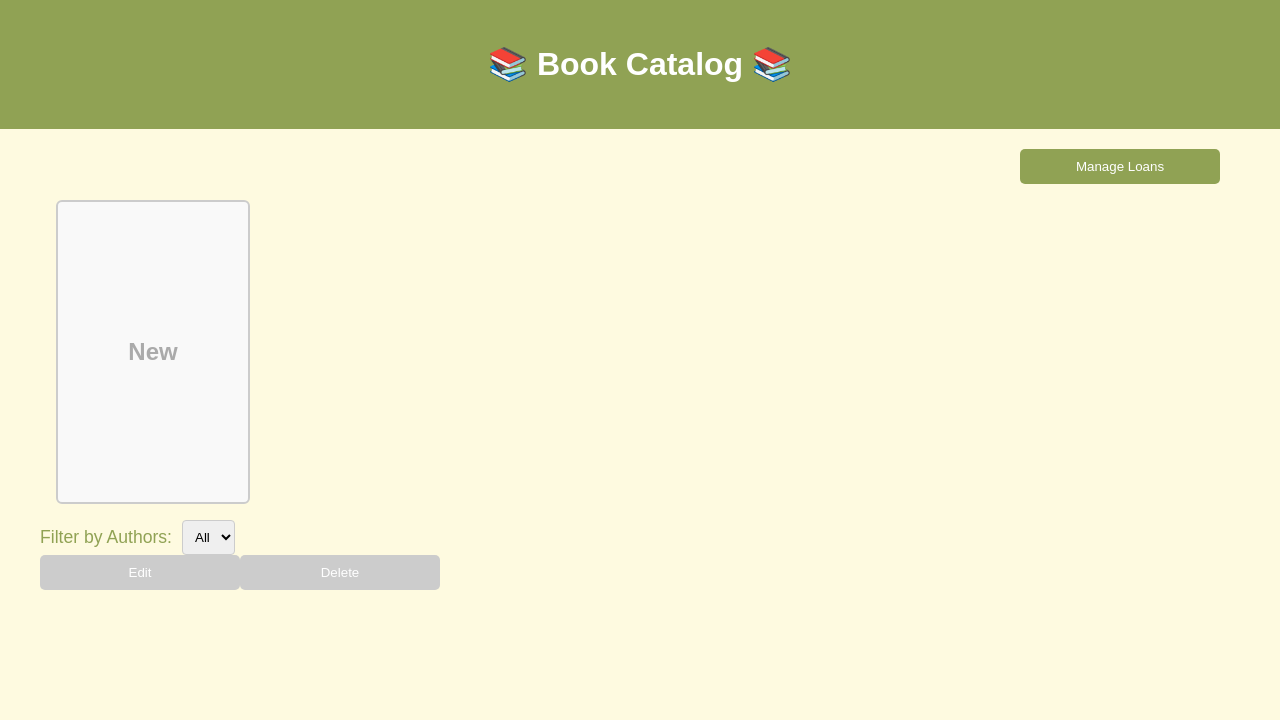
Repository: kaitlynlew/Data-Fetching
Page: /
An editor plug-in stored every save of this project. The page is shown before and after the next save, followed by the edit.
The browser window is 1280 px wide. The pictures show the whole page.
The project was rebuilt for these pictures with package versions that can differ from the ones it lists, and the page was loaded fresh each time. Also part of the build but not shown: vite.config.js, src/components/BookCard.jsx, src/components/BookForm.jsx, src/components/BookDetails.jsx, src/components/LoanManager.jsx.

Above is the page before, as saved 2025-11-09 22:00:53.

### index.html
<!doctype html>
<html lang="en">

<head>
  <meta charset="UTF-8" />
  <meta name="viewport" content="width=device-width, initial-scale=1.0" />
  <title>📚 Book Catalog</title>
</head>

<body>
  <div id="root"></div>
  <script type="module" src="/src/main.jsx"></script>
</body>

</html>

### src/App.jsx
import React, { useState, useEffect } from "react";
import Header from "./components/Header";
import BookList from "./components/BookList";
import LoanManager from "./components/LoanManager";
import "./index.css";

const LOCAL_STORAGE_BOOKS_KEY = 'book-catalog-data';
const LOCAL_STORAGE_LOANS_KEY = 'book-loan-data';

function App() {
  const [view, setView] = useState('catalog');
  const [isDetailsViewActive, setIsDetailsViewActive] = useState(false); // <-- NEW STATE

  const [books, setBooks] = useState(() => {
    try {
      const storedBooks = localStorage.getItem(LOCAL_STORAGE_BOOKS_KEY);
      return storedBooks ? JSON.parse(storedBooks) : [];
    } catch (error) {
      console.error("Failed to load books from localStorage:", error);
      return [];
    }
  });

  const [loans, setLoans] = useState(() => {
    try {
      const storedLoans = localStorage.getItem(LOCAL_STORAGE_LOANS_KEY);
      return storedLoans ? JSON.parse(storedLoans) : [];
    } catch (error) {
      console.error("Failed to load loans from localStorage:", error);
      return [];
    }
  });

  useEffect(() => {
    try {
      localStorage.setItem(LOCAL_STORAGE_BOOKS_KEY, JSON.stringify(books));
    } catch (error) {
      console.error("Failed to save books to localStorage:", error);
    }
  }, [books]);

  useEffect(() => {
    try {
      localStorage.setItem(LOCAL_STORAGE_LOANS_KEY, JSON.stringify(loans));
    } catch (error) {
      console.error("Failed to save loans to localStorage:", error);
    }
  }, [loans]);

  const handleAddBook = (newBook) => {
    setBooks(prevBooks => [...prevBooks, newBook]);
  };

  const handleUpdateBook = (updatedBook) => {
    setBooks(prevBooks =>
      prevBooks.map(book => book.isbn13 === updatedBook.isbn13 ? updatedBook : book)
    );
  };

  const handleDeleteBook = (isbn13) => {
    setBooks(prevBooks => prevBooks.filter(book => book.isbn13 !== isbn13));
    setLoans(prevLoans => prevLoans.filter(loan => loan.isbn13 !== isbn13));
  };

  const handleLoanBook = (newLoan) => {
    setLoans(prevLoans => [...prevLoans, newLoan]);
  };

  // HANDLER TO UPDATE DETAILS VIEW STATE - NEW
  const handleDetailsViewChange = (isActive) => {
      setIsDetailsViewActive(isActive);
  };

  const currentView = view === 'catalog' ? (
    <BookList
      books={books}
      loans={loans}
      onAddBook={handleAddBook}
      onUpdateBook={handleUpdateBook}
      onDeleteBook={handleDeleteBook}
      onDetailsViewChange={handleDetailsViewChange} // <-- NEW PROP
    />
  ) : (
    <LoanManager
      books={books}
      loans={loans}
      onLoanBook={handleLoanBook}
      onSwitchView={setView}
    />
  );

  return (
    <div className="app">
      <Header />
      <div className="main-content-wrapper">
        {/* CONDITIONAL RENDERING OF THE VIEW SWITCH BUTTON - UPDATED */}
        {!isDetailsViewActive && (
            <div className="view-switch-container">
                <button
                    className="update-btn"
                    onClick={() => setView(view === 'catalog' ? 'loans' : 'catalog')}
                >
                    {view === 'catalog' ? 'Manage Loans' : 'Back to Book Catalog'}
                </button>
            </div>
        )}
        <div className="main-content">
          {currentView}
        </div>
      </div>
    </div>
  );
}

export default App;

### src/components/Header.jsx
import React from "react";
import "../index.css";

function Header() {
return (
    <header className="header">
    <h1>📚 Book Catalog 📚</h1>
    </header>
);
}

export default Header;

### src/components/BookList.jsx
import React, { useState, useMemo } from "react";
import BookCard from "./BookCard";
import NewCard from "./NewCard";
import BookForm from "./BookForm";
import AuthorFilter from "./AuthorFilter";
import BookDetails from "./BookDetails"; // <-- Import new component
import "../index.css";

// Added onDetailsViewChange to props
const BookList = ({ books, loans, onAddBook, onUpdateBook, onDeleteBook, onDetailsViewChange }) => {
  const [selectedBookIsbn, setSelectedBookIsbn] = useState(null);
  const [isEditingModalOpen, setIsEditingModalOpen] = useState(false);
  const [authorFilter, setAuthorFilter] = useState("");
  const [detailedBookIsbn, setDetailedBookIsbn] = useState(null);

  const loanedIsbns = useMemo(() => new Set(loans.map(loan => loan.isbn13)), [loans]);

  const handleSelect = (isbn13) => {
    if (detailedBookIsbn) return;
    setSelectedBookIsbn(prevIsbn => (prevIsbn === isbn13 ? null : isbn13));
  };

  // Handler to open the details view - UPDATED
  const handleViewDetails = (isbn13) => {
      setDetailedBookIsbn(isbn13);
      setSelectedBookIsbn(null);
      if (onDetailsViewChange) onDetailsViewChange(true); // <-- Notify parent
  };

  // Handler to close the details view - UPDATED
  const handleCloseDetails = () => {
      setDetailedBookIsbn(null);
      if (onDetailsViewChange) onDetailsViewChange(false); // <-- Notify parent
  };

  const handleAddBook = onAddBook;

  const handleDelete = () => {
    if (!selectedBookIsbn) return;

    onDeleteBook(selectedBookIsbn);
    setSelectedBookIsbn(null);
  };

  const handleUpdate = (updatedBook) => {
    onUpdateBook(updatedBook);
    setSelectedBookIsbn(null);
  };

  const selectedBookIsOnLoan = selectedBookIsbn && loanedIsbns.has(selectedBookIsbn);

  const handleEditClick = () => {
      if (selectedBookIsbn && !selectedBookIsOnLoan) {
          setIsEditingModalOpen(true);
      }
  };

  const selectedBook = useMemo(() => {
    return books.find(book => book.isbn13 === selectedBookIsbn);
  }, [books, selectedBookIsbn]);

  const detailedBook = useMemo(() => {
    return books.find(book => book.isbn13 === detailedBookIsbn);
  }, [books, detailedBookIsbn]);

  const uniqueAuthors = useMemo(() => {
    const authors = books.map((book) => book.author).filter(Boolean);
    return [...new Set(authors)].sort();
  }, [books]);

  const filteredBooks = useMemo(() => {
    return books.filter((book) =>
      !authorFilter || book.author === authorFilter
    );
  }, [books, authorFilter]);

  const handleFilterChange = (e) => {
      setAuthorFilter(e.target.value);
      setSelectedBookIsbn(null);
  };


  // --- Conditional Rendering for BookDetails ---
  if (detailedBook) {
      return <BookDetails book={detailedBook} onClose={handleCloseDetails} />;
  }
  // --- End Conditional Rendering ---


  return (
    <div className="book-list-container">
      <div className="book-actions">

          {/* NewCard is for adding new books */}
          <NewCard addBook={handleAddBook} />

          <div className="actions">

              <AuthorFilter
                  uniqueAuthors={uniqueAuthors}
                  authorFilter={authorFilter}
                  onFilterChange={handleFilterChange}
              />

              {/* Existing edit/delete buttons */}
              <button
                  onClick={handleEditClick}
                  disabled={!selectedBookIsbn || selectedBookIsOnLoan}
                  className="update-btn"
                  title={selectedBookIsOnLoan ? "Cannot edit a book that is on loan." : "Edit Book"}
              >
                  Edit
              </button>

              <button
                  onClick={handleDelete}
                  disabled={!selectedBookIsbn || selectedBookIsOnLoan}
                  className="delete-btn"
                  title={selectedBookIsOnLoan ? "Cannot delete a book that is on loan." : "Delete Book"}
              >
                  Delete
              </button>
          </div>

        </div>

        <div className="books-grid">

            {filteredBooks.map((book) => (
                <BookCard
                    key={book.isbn13}
                    {...book}
                    selected={book.isbn13 === selectedBookIsbn}
                    onSelect={() => handleSelect(book.isbn13)}
                    isLoaned={loanedIsbns.has(book.isbn13)}
                    onViewDetails={() => handleViewDetails(book.isbn13)} // <-- New prop
                />
            ))}
        </div>

        {isEditingModalOpen && selectedBook && (
          <BookForm
            onSubmit={handleUpdate}
            initialData={selectedBook}
            isEditing={true}
            closeModal={() => setIsEditingModalOpen(false)}
          />
        )}
    </div>

  );
};

export default BookList;

### src/index.css
body {
    background-color: #fefae0;
    font-family: sans-serif;
    margin: 0;
    padding: 0;
}

.app {
    min-height: 100vh;
    display: flex;
    flex-direction: column;
}

.header {
    margin: 0;
    color: white;
    text-align: center;
    background-color: #90a254;
    padding: 1.5rem;
}

.footer {
    margin-top: auto;
    background-color: #90a254;
    color: white;
    text-align: center;
    padding: 2rem;
}

.main-content-wrapper {
    max-width: 1200px;
    margin: 0 auto;
    width: 100%;
    flex-grow: 1;
}

.view-switch-container {
    padding: 20px 20px 0 20px;
    text-align: right;
}

/* New Card css ---------------------------------------- */

.new-card {
    width: 170px;
    height: 280px;
    display: flex;
    align-items: center;
    justify-content: center;
    border: 2.5px solid #ccc;
    border-radius: 6px;
    background-color: #f9f9f9;
    color: #aaa;
    font-size: 1.5rem;
    font-weight: bold;
    padding: 10px;
    text-align: center;
    position: relative;
    overflow: hidden;
    margin: 1rem;
    cursor: pointer;
}

.new-card:hover {
    border-color: #90a254;
    color: #90a254;
}

/* Book List css ---------------------------------------- */

.booklist {
    max-width: 1200px;
    margin: 0 auto;
    padding: 0 20px 20px;
    width: 100%;
    box-sizing: border-box;
}

.booklist-layout {
    display: flex;
    gap: 20px;
    margin-top: 20px;
}

.books-grid {
    display: flex;
    flex-wrap: wrap;
    justify-content: flex-start;
    flex-grow: 1;
}

.filter-and-list {
    display: flex;
    justify-content: space-between;
    align-items: center;
    padding: 0 10px;
}

.filter {
    color: #90a254;
    font-size: 1.1rem;
    display: flex;
    align-items: center;
    gap: 10px;
}

.filter-btn {
    padding: 8px;
    border: 1px solid #ccc;
    border-radius: 4px;
    cursor: pointer;
}

/* Modal and Form css ---------------------------------------- */

.modal-container {
    position: fixed;
    top: 0;
    left: 0;
    width: 100%;
    height: 100%;
    background-color: rgba(0, 0, 0, 0.5);
    display: flex;
    justify-content: center;
    align-items: center;
    z-index: 1000;
}

.modal-form {
    background-color: #fdf4db;
    padding: 30px;
    border-radius: 8px;
    width: 400px;
    max-width: 90%;
    box-shadow: 0 4px 6px rgba(0, 0, 0, 0.1);
}

.modal-form h2 {
    color: #90a254;
    margin-top: 0;
    border-bottom: 2px solid #90a254;
    padding-bottom: 10px;
    margin-bottom: 20px;
}

.modal-form input,
.modal-form select {
    padding: 10px;
    border: 1px solid #ccc;
    border-radius: 5px;
    width: 100%;
    box-sizing: border-box;
}

.save-btn {
    width: 100%;
    padding: 10px;
    background: #90a254;
    color: white;
    border: none;
    border-radius: 5px;
    cursor: pointer;
    margin-top: 15px;
}

.form-control {
    display: flex;
    align-items: center;
    margin-bottom: 15px;
    gap: 10px;
}

.form-control label {
    width: 150px;
    flex-shrink: 0;
}

/* Book Card css ---------------------------------------- */

.book-card {
    width: 170px;
    height: 280px;
    border: 2.5px solid #90a254;
    border-radius: 6px;
    padding: 10px;
    text-align: center;
    position: relative;
    display: flex;
    flex-direction: column;
    justify-content: space-between;
    margin: 1rem;
    align-items: center;
    overflow: hidden;
    cursor: pointer;
}

.book-image {
    width: 100%;
    height: 150px;
    object-fit: cover;
}

.book-card.selected {
    border: 2.5px solid #657337;
    background-color: #bac989;
}

.book-card.loaned {
    border: 2.5px solid #a81c1c;
    opacity: 0.7;
}

.loan-badge {
    position: absolute;
    top: 10px;
    right: 10px;
    padding: 5px 10px;
    border-radius: 4px;
    background-color: #a81c1c;
    color: white;
    font-weight: bold;
}

.details-btn {
    margin-top: 10px;
    padding: 5px 10px;
    background-color: #657337; /* Matches a primary color */
    color: white;
    border: none;
    border-radius: 4px;
    cursor: pointer;
    font-size: 0.85em;
    transition: background-color 0.2s;
}

.details-btn:hover {
    background-color: #4f5b2c;
}

/* Update and Delete Buttons css ---------------------------------------- */

.controls-panel {
    display: flex;
    flex-direction: column;
    align-items: center;
    gap: 10px;
    padding: 5px;
}

.action-buttons {
    display: flex;
    flex-direction: column;
    gap: 10px;
}

.update-btn, .delete-btn {
    width: 200px;
    padding: 10px;
    background: #90a254;
    color: white;
    border: none;
    border-radius: 5px;
    cursor: pointer;
}

.delete-btn {
    background: #d9534f;
}

.update-btn:disabled, .delete-btn:disabled {
    background: #ccc;
    cursor: not-allowed;
}

/* Loan Manager Styles ---------------------------------------- */

.loan-manager-content {
    max-width: 1200px;
    margin: 20px auto;
    padding: 20px;
    display: flex;
    flex-direction: column;
    gap: 30px;
}

.loan-header-controls {
    display: flex;
    justify-content: flex-start;
}

.loan-list-container {
    background-color: #fdf4db;
    padding: 20px;
    border-radius: 8px;
    border: 1px solid #90a254;
}

.loan-list-container h2 {
    margin-top: 0;
}

.loan-form {
    display: flex;
    flex-direction: column;
    gap: 15px;
}

.loan-form .form-control {
    display: flex;
    flex-direction: column;
    align-items: flex-start;
    gap: 5px;
}

.loan-form .form-control label {
    font-weight: bold;
    color: #657337;
}

.loan-form input[type="text"],
.loan-form input[type="number"],
.loan-form select.filter-btn {
    padding: 8px;
    border: 1px solid #ccc;
    border-radius: 4px;
    width: 100%;
    box-sizing: border-box;
    background-color: white;
}

.loan-list {
    list-style: none;
    padding: 0;
    margin-top: 15px;
}

.loan-item {
    display: flex;
    justify-content: space-between;
    align-items: center;
    padding: 15px 0;
    border-bottom: 1px dashed #90a254;
}

.loan-item:last-child {
    border-bottom: none;
}


/* BookDetails.jsx styles ----------------------------------------*/

.book-details-container {
    padding: 20px;
    background-color: white;
    border-radius: 8px;
    box-shadow: 0 4px 12px rgba(0, 0, 0, 0.1);
    width: 100%;
    max-width: 1000px;
    margin: 20px auto;
}

.dismiss-btn {
    background: none;
    border: 1px solid #ccc;
    color: #666;
    padding: 8px 15px;
    border-radius: 4px;
    cursor: pointer;
    margin-bottom: 20px;
    font-weight: bold;
    transition: all 0.2s;
}

.dismiss-btn:hover {
    background-color: #f0f0f0;
    border-color: #999;
}

.dismiss-btn.bottom {
    display: block;
    margin: 30px auto 0;
    width: 200px;
}

.details-header {
    display: flex;
    gap: 30px;
    margin-bottom: 40px;
    padding-bottom: 20px;
    border-bottom: 1px solid #eee;
}

.details-book-image {
    width: 150px;
    height: auto;
    object-fit: contain;
    border-radius: 4px;
    box-shadow: 0 2px 5px rgba(0, 0, 0, 0.1);
}

.details-info h2 {
    margin-top: 0;
    color: #333;
    font-size: 1.8em;
}

.details-info p {
    margin: 5px 0;
    line-height: 1.4;
}

.similar-books-section h3 {
    border-bottom: 2px solid #90a254;
    padding-bottom: 5px;
    margin-bottom: 20px;
    color: #90a254;
}

.similar-books-grid {
    display: grid;
    grid-template-columns: repeat(auto-fill, minmax(150px, 1fr));
    gap: 20px;
}

.similar-book-card {
    text-align: center;
    padding: 10px;
    border: 1px solid #eee;
    border-radius: 4px;
}

.similar-book-image {
    width: 100px;
    height: 120px;
    object-fit: contain;
    margin-bottom: 10px;
}

.similar-book-card h4 {
    font-size: 1em;
    margin: 0 0 5px 0;
    white-space: nowrap;
    overflow: hidden;
    text-overflow: ellipsis;
}

.similar-book-subtitle {
    font-size: 0.8em;
    color: #999;
}

### src/components/NewCard.jsx
import { useState } from "react";
import "../index.css";
import BookForm from "./BookForm.jsx"

function NewCard({ addBook }) {

    const [isModalOpen, setIsModalOpen] = useState(false);

    function openModal() {
        setIsModalOpen(true);
    }

    function closeModal() {
        setIsModalOpen(false);
    }

    const handleFormSubmit = (data) => {
        addBook(data);
    }

    return(
        <>
            <div className="new-card" onClick={openModal}>
                <span>New</span>
            </div>

            {isModalOpen && (
                <BookForm
                    onSubmit={handleFormSubmit}
                    initialData={null}
                    isEditing={false}
                    closeModal={closeModal}
                />
            )}
        </>
    )
}

export default NewCard;

### src/components/AuthorFilter.jsx
import React from "react";
import "../index.css";

function AuthorFilter({ uniqueAuthors, authorFilter, onFilterChange }) {
    return (
        <div className="filter">
            Filter by Authors:
            <select
                className="filter-btn"
                value={authorFilter}
                onChange={onFilterChange}
            >
                <option value="">All</option>
                {uniqueAuthors.map((author) => (
                    <option key={author} value={author}>
                        {author}
                    </option>
                ))}
            </select>
        </div>
    );
}

export default AuthorFilter;

Loaded but not shown: src/main.jsx (common file)

After the next save:
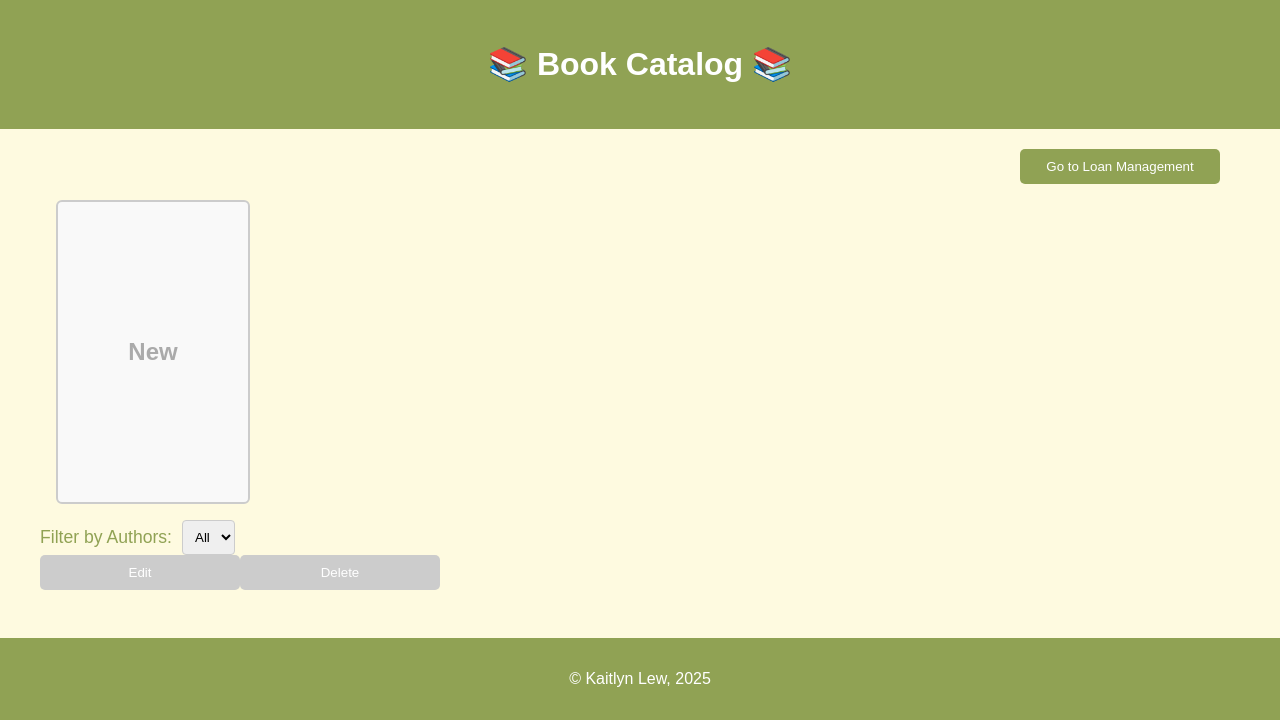
Saved 9 s later.
--- a/src/App.jsx
+++ b/src/App.jsx
@@ -100,7 +100,7 @@ function App() {
                     className="update-btn"
                     onClick={() => setView(view === 'catalog' ? 'loans' : 'catalog')}
                 >
-                    {view === 'catalog' ? 'Manage Loans' : 'Back to Book Catalog'}
+                    {view === 'catalog' ? 'Go to Loan Management' : 'Go to Book Catalog'}
                 </button>
             </div>
         )}
@@ -108,6 +108,9 @@ function App() {
           {currentView}
         </div>
       </div>
+      <footer className="footer">
+        © Kaitlyn Lew, 2025
+      </footer>
     </div>
   );
 }
